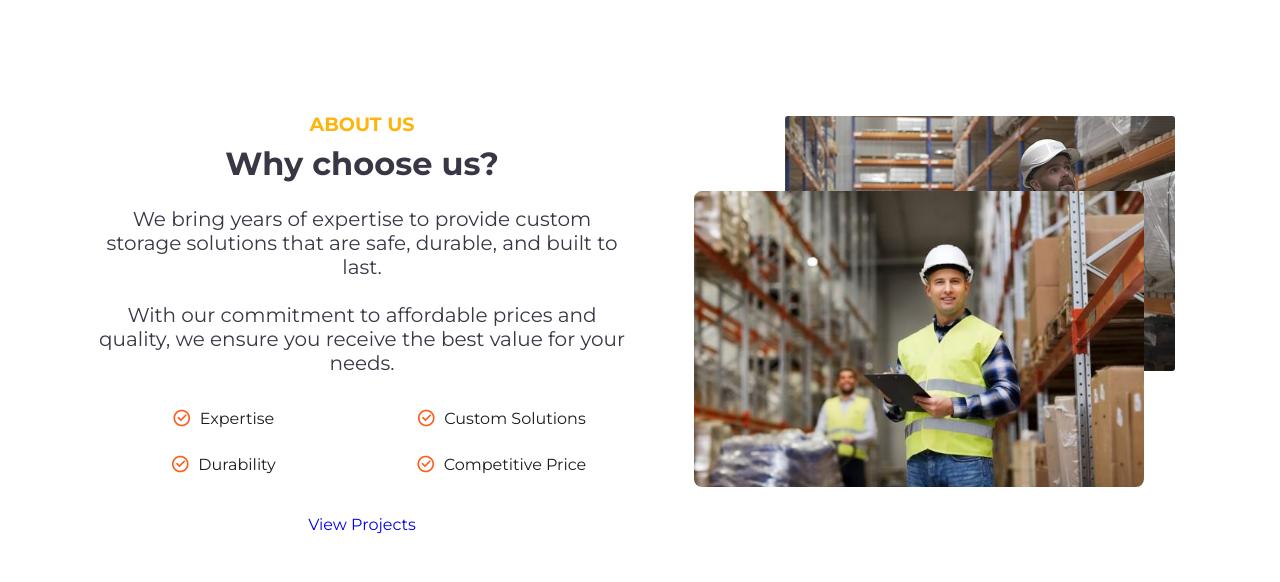
Repository: jahatesu/shelves-and-storage-equipment
Page: index.html
These files come from the project's save history. The page is drawn as it stood at one moment and after the next save; the edit follows.
The browser window is 1280 px wide. The pictures show the part of the page from y = 720 to 1302 px (the page is 1302 px tall before and 1283 px after).
Backgrounds fixed to the window are drawn as part of the page. Some web fonts or font styles are not loaded; a fallback is used.

Above is the page before, as saved 2025-01-08 16:40:16.
Console error: TypeError: Cannot read properties of null (reading 'querySelector')

After the next save:
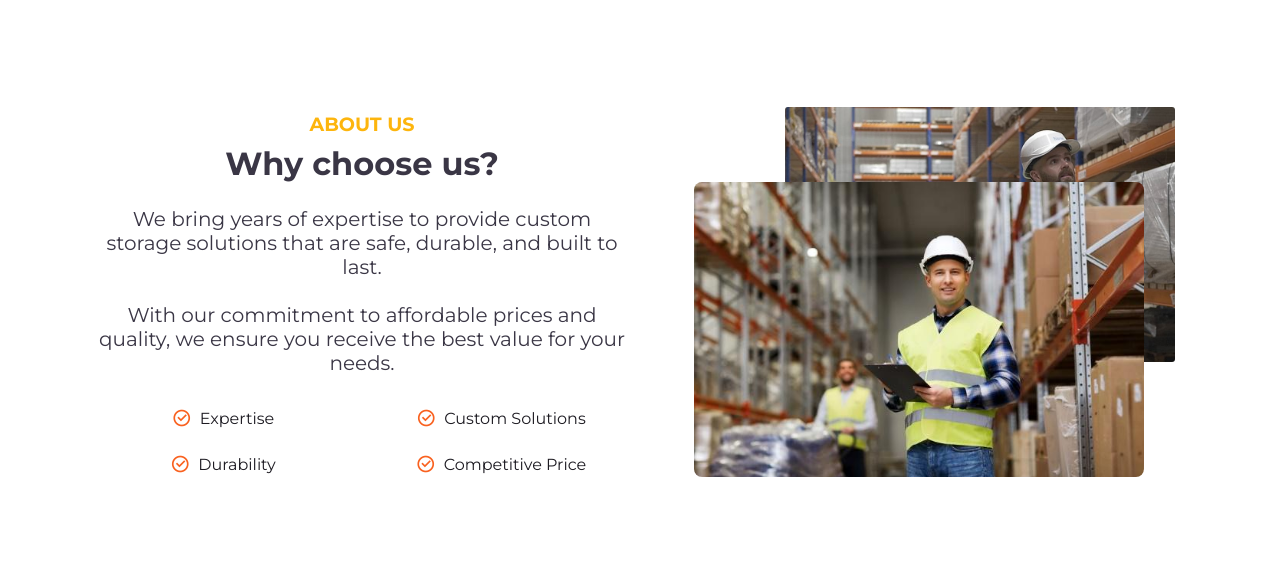
Saved 4 min 46 s later.
--- a/index.html
+++ b/index.html
@@ -72,7 +72,6 @@
                     <span>Competitive Price</span>
                 </li>
             </ul>
-            <a href="#projects" class="button">View Projects</a>
         </div>
         <div class="about_images">
             <img src="assets/images/about_img1.png" alt="image" class="about_img1">
